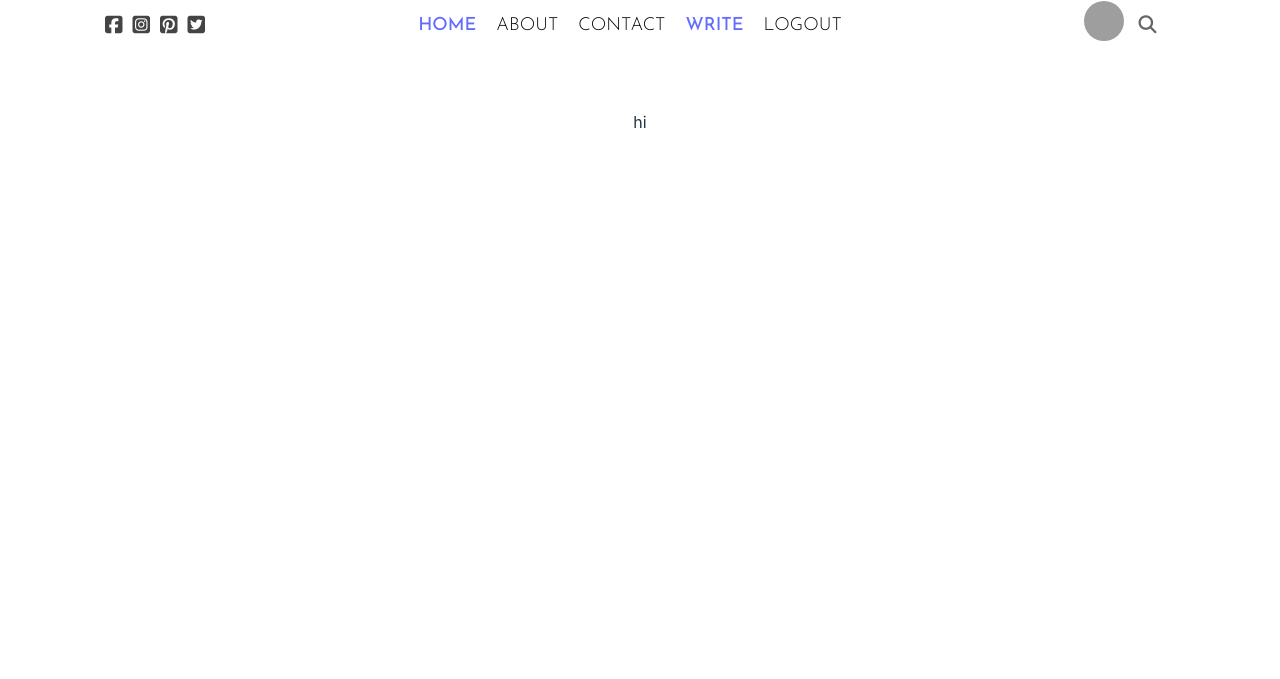
Repository: SahanChathura0730/BlogApp
Page: / (app in FrontEnd/)
An editor plug-in stored every save of this project. The page is shown before and after the next save, followed by the edit.
The browser window is 1280 px wide. The pictures show the whole page.
Pictures or frames that could not be fetched are drawn as grey boxes. Some web libraries are served in a nearby version. The project was rebuilt for these pictures with package versions that can differ from the ones it lists, and the page was loaded fresh each time.

Above is the page before, as saved 2024-08-27 01:35:50.

### FrontEnd/index.html
<!doctype html>
<html lang="en">
  <head>
    <meta charset="UTF-8" />
    <link rel="icon" type="image/svg+xml" href="/vite.svg" />
    <meta name="viewport" content="width=device-width, initial-scale=1.0" />
    <link rel="preconnect" href="https://fonts.googleapis.com">
    <link rel="preconnect" href="https://fonts.gstatic.com" crossorigin>
    <link href="https://fonts.googleapis.com/css2?family=Josefin+Sans:ital,wght@0,100..700;1,100..700&family=Lora:ital,wght@0,400..700;1,400..700&family=Varela+Round&display=swap" rel="stylesheet">
    <link rel="stylesheet" href="https://cdnjs.cloudflare.com/ajax/libs/font-awesome/6.6.0/css/all.min.css" integrity="sha512-Kc323vGBEqzTmouAECnVceyQqyqdsSiqLQISBL29aUW4U/M7pSPA/gEUZQqv1cwx4OnYxTxve5UMg5GT6L4JJg==" crossorigin="anonymous" referrerpolicy="no-referrer" />
    <title>Vite + React</title>
  </head>
  <body>
    <div id="root"></div>
    <script type="module" src="/src/main.jsx"></script>
  </body>
</html>

### FrontEnd/src/App.jsx
import { useState } from 'react'
import { BrowserRouter as Router, Routes, Route, Link } from 'react-router-dom';
import './App.css'
import TopBar from './component/topBar/TopBar'
import HomePage from './pages/homePage/HomePage';

function App() {
  return (
    <>
      <Router>
        <TopBar/>
        <HomePage/>
      </Router>
    </>
  )
}

export default App

### FrontEnd/src/index.css
:root {
  font-family: Inter, system-ui, Avenir, Helvetica, Arial, sans-serif;
  line-height: 1.5;
  font-weight: 400;

  color-scheme: light dark;
  color: rgba(255, 255, 255, 0.87);
  background-color: #242424;

  font-synthesis: none;
  text-rendering: optimizeLegibility;
  -webkit-font-smoothing: antialiased;
  -moz-osx-font-smoothing: grayscale;
}

a {
  font-weight: 500;
  color: #646cff;
  text-decoration: inherit;
}
a:hover {
  color: #535bf2;
}

body {
  margin: 0;
  display: flex;
  min-width: 320px;
  min-height: 100vh;
}

h1 {
  font-size: 3.2em;
  line-height: 1.1;
}


@media (prefers-color-scheme: light) {
  :root {
    color: #213547;
    background-color: #ffffff;
  }
  a:hover {
    color: #747bff;
  }
  button {
    background-color: #f9f9f9;
  }
}

### FrontEnd/src/App.css
#root {
  width: 100%;
  margin: 0;
  padding: 0;
  text-align: center;
}

### FrontEnd/src/component/topBar/TopBar.jsx
import { Link } from "react-router-dom";
import "./topBar.css";

export default function TopBar() {
  const user = true;
  return (
    <div className="top">
      <div className="topLeft">
        <i className="topIcon fab fa-facebook-square"></i>
        <i className="topIcon fab fa-instagram-square"></i>
        <i className="topIcon fab fa-pinterest-square"></i>
        <i className="topIcon fab fa-twitter-square"></i>
      </div>
      <div className="topCenter">
        <ul className="topList">
          <li className="topListItem">
            <Link className="link" to="/">
              HOME
            </Link>
          </li>
          <li className="topListItem">ABOUT</li>
          <li className="topListItem">CONTACT</li>
          <li className="topListItem">
            <Link className="link" to="/write">
              WRITE
            </Link>
          </li>
          {user && <li className="topListItem">LOGOUT</li>}
        </ul>
      </div>
      <div className="topRight">
        {user ? (
          <Link className="link" to="/settings">
            <img
              className="topImg"
              src="https://images.pexels.com/photos/1858175/pexels-photo-1858175.jpeg?auto=compress&cs=tinysrgb&dpr=2&w=500"
              alt=""
            />
          </Link>
        ) : (
          <ul className="topList">
            <li className="topListItem">
              <Link className="link" to="/login">
                LOGIN
              </Link>
            </li>
            <li className="topListItem">
              <Link className="link" to="/register">
                REGISTER
              </Link>
            </li>
          </ul>
        )}
        <i className="topSearchIcon fas fa-search"></i>
      </div>
    </div>
  );
}

### FrontEnd/src/pages/homePage/HomePage.jsx
import React from 'react'
import Header from '../../component/Header/Header';

export default function HomePage() {
   return (
     <>
       <Header/>
     </>
   );
}

### FrontEnd/src/component/topBar/topBar.css
.top {
   width: 100%;
   height: 50px;
   background-color: white;
   position: sticky;
   top: 0;
   display: flex;
   align-items: center;
   z-index: 999;
   font-family: "Josefin Sans", sans-serif;
 }

 .topLeft,
 .topRight {
   flex: 3;
   display: flex;
   align-items: center;
   justify-content: center;
 }

 .topIcon {
   font-size: 20px;
   margin-right: 10px;
   color: #444;
   cursor: pointer;
 }

 .topCenter {
   flex: 6;
 }

 .topList {
   display: flex;
   justify-content: center;
   margin: 0;
   padding: 0;
   list-style: none;
 }

 .topListItem {
   margin-right: 20px;
   font-size: 18px;
   font-weight: 300;
   cursor: pointer;
   color: rgb(8, 8, 8)
 }

 .topListItem:hover{
     color: gray;
 }

 .topImg {
   width: 40px;
   height: 40px;
   border-radius: 50%;
   object-fit: cover;
   margin-right: 15px;
   cursor: pointer;
 }

 .topSearchIcon {
   font-size: 18px;
   color: #666;
   cursor: pointer;
 }

### FrontEnd/src/component/Header/Header.jsx
import "./header.css";

export default function Header() {
  return (
    <div className="header">

      <p>hi</p>
    </div>
  );
}

### FrontEnd/src/component/Header/header.css
.header {
   margin-top: 60px;
 }

 .headerTitles {
   display: flex;
   flex-direction: column;
   align-items: center;
   font-family: "Lora", serif;
   color: #444;
 }

 .headerTitleSm {
   position: absolute;
   top: 18%;
   font-size: 20px;
 }

 .headerTitleLg {
   position: absolute;
   top: 20%;
   font-size: 100px;
 }

 .headerImg {
   width: 100%;
   height: 450px;
   margin-top: 80px;
   object-fit: cover;
 }

Loaded but not shown: FrontEnd/src/main.jsx (common file)

After the next save:
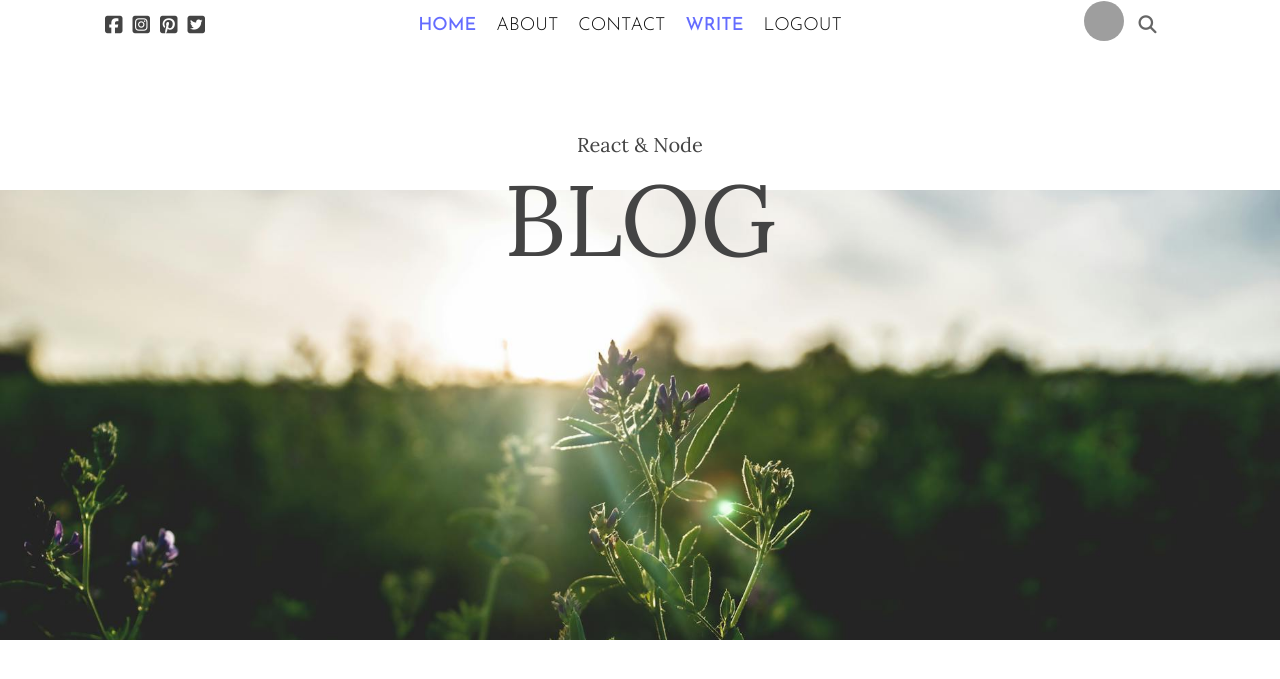
Saved 4 min 13 s later.
--- a/FrontEnd/src/component/Header/Header.jsx
+++ b/FrontEnd/src/component/Header/Header.jsx
@@ -3,8 +3,15 @@ import "./header.css";
 export default function Header() {
   return (
     <div className="header">
-
-      <p>hi</p>
+      <div className="headerTitles">
+        <span className="headerTitleSm">React & Node</span>
+        <span className="headerTitleLg">BLOG</span>
+      </div>
+      <img
+        className="headerImg"
+        src="/images/HeaderPhoto.jpeg"
+        alt=""
+      />
     </div>
   );
 }
